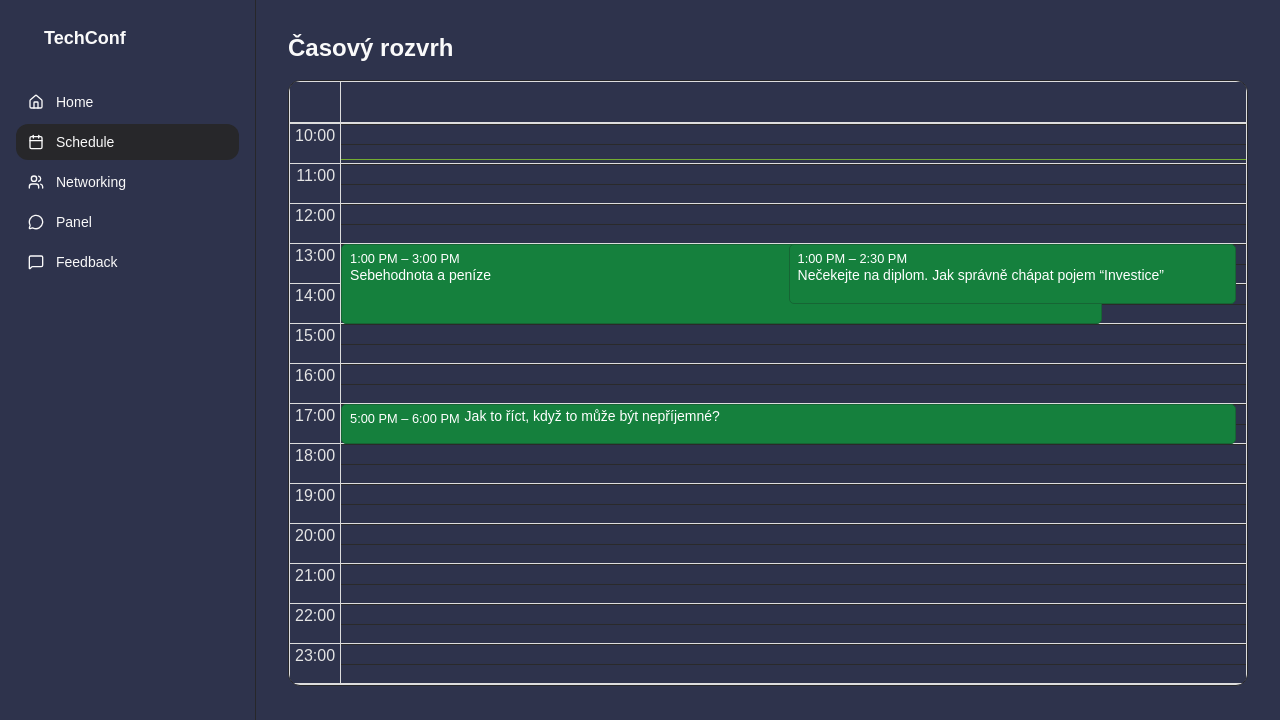
Repository: mrnavdal/symposium-2024
Page: /schedule (app in symposium24/)
An editor plug-in stored every save of this project. The page is shown before and after a run of saves, followed by the edit.
The browser window is 1280 px wide. The pictures show the whole page.
The project was rebuilt for these pictures with package versions that can differ from the ones it lists, and the page was loaded fresh each time. The framework's server and built-in components were replaced by stand-ins that run in the browser. Also part of the build but not shown: symposium24/next.config.js, symposium24/src/components/ui/dialog.tsx, symposium24/src/data/speakers.ts, symposium24/src/components/EventDialog.tsx.

Above is the page before, as saved 2024-11-08 15:37:40.

### symposium24/src/app/layout.tsx
import type { Metadata } from "next";
import localFont from "next/font/local";
import { ThemeProvider } from 'next-themes';
import { Navigation } from "@/components/Navigation";
import "./globals.css";
import '@/styles/calendar.css'

const geistSans = localFont({
  src: "./fonts/GeistVF.woff",
  variable: "--font-geist-sans",
  weight: "100 900",
});
const geistMono = localFont({
  src: "./fonts/GeistMonoVF.woff",
  variable: "--font-geist-mono",
  weight: "100 900",
});

export const metadata: Metadata = {
  title: "TechConf 2024",
  description: "Conference schedule and information",
};

export default function RootLayout({
  children,
}: Readonly<{
  children: React.ReactNode;
}>) {
  return (
    <html lang="en" suppressHydrationWarning>
      <body className={`${geistSans.variable} ${geistMono.variable} antialiased min-h-screen`}>
        <ThemeProvider
          attribute="class"
          defaultTheme="dark"
          enableSystem
          disableTransitionOnChange
        >
          <Navigation />
          <main className="pb-16 md:pb-0 md:pl-64">
            {children}
          </main>
        </ThemeProvider>
      </body>
    </html>
  );
}

### symposium24/src/app/schedule/page.tsx
import { Calendar } from '@/components/Calendar'
import { PageTransition } from '@/components/PageTransition'
import { Container } from '@/components/ui/container'
import { events } from '@/data/events'

export default function SchedulePage() {
  return (
    <PageTransition>
        <Container className="py-8">
            <div className="flex flex-col gap-4">
                <h1 className="text-2xl font-semibold text-foreground">Časový rozvrh</h1>
                <div className="h-full rounded-lg overflow-hidden border bg-card/50">
                    <Calendar events={events} />
                </div>
            </div>
        </Container>
    </PageTransition>

)
}

### symposium24/src/components/Navigation.tsx
'use client'

import { usePathname } from 'next/navigation'
import Link from 'next/link'
import { cn } from '@/lib/utils'
import {
  Home,
  Calendar,
  Users,
  MessageCircle,
  MessageSquare,
  LucideIcon
} from 'lucide-react'

interface NavItem {
  href: string
  label: string
  icon: LucideIcon
}

const navItems: NavItem[] = [
  { href: '/', label: 'Home', icon: Home },
  { href: '/schedule', label: 'Schedule', icon: Calendar },
  { href: '/networking', label: 'Networking', icon: Users },
  { href: '/discussion', label: 'Panel', icon: MessageCircle },
  { href: '/feedback', label: 'Feedback', icon: MessageSquare },
]

export function Navigation() {
  const pathname = usePathname()

  return (
    <>
      {/* Desktop Side Navigation */}
      <nav className="hidden md:flex fixed left-0 top-0 h-screen w-64 border-r bg-background p-4">
        <div className="space-y-4 w-full">
          <div className="px-3 py-2">
            <h2 className="mb-2 px-4 text-lg font-semibold">TechConf</h2>
          </div>
          <div className="space-y-1">
            {navItems.map((item) => (
              <Link
                key={item.href}
                href={item.href}
                className={cn(
                  'flex items-center gap-3 rounded-lg px-3 py-2 text-sm transition-colors',
                  pathname === item.href
                    ? 'bg-secondary text-secondary-foreground'
                    : 'hover:bg-secondary/80'
                )}
              >
                <item.icon className="h-4 w-4" />
                {item.label}
              </Link>
            ))}
          </div>
        </div>
      </nav>

      {/* Mobile Bottom Navigation */}
      <nav className="md:hidden fixed bottom-0 left-0 right-0 border-t bg-background z-50">
        <div className="flex items-center justify-around">
          {navItems.map((item) => (
            <Link
              key={item.href}
              href={item.href}
              className={cn(
                'flex flex-col items-center gap-1 p-3 text-xs',
                pathname === item.href
                  ? 'text-primary'
                  : 'text-muted-foreground'
              )}
            >
              <item.icon className="h-5 w-5" />
              <span>{item.label}</span>
            </Link>
          ))}
        </div>
      </nav>

      {/* Content Padding for Mobile Bottom Nav */}
      <div className="pb-4 md:pb-0 md:pl-64">
        {/* This div wraps the main content to provide padding */}
      </div>
    </>
  )
}

### symposium24/src/app/globals.css
@tailwind base;
@tailwind components;
@tailwind utilities;

body {
  font-family: Arial, Helvetica, sans-serif;
  margin: 0;
  padding: 0;
}

@layer base {
  :root {
    --background: 0 0% 100%;
    --foreground: 240 10% 3.9%;
    --card: 0 0% 100%;
    --card-foreground: 240 10% 3.9%;
    --popover: 0 0% 100%;
    --popover-foreground: 240 10% 3.9%;
    --primary: 240 5.9% 10%;
    --primary-foreground: 0 0% 98%;
    --secondary: 240 4.8% 95.9%;
    --secondary-foreground: 240 5.9% 10%;
    --muted: 240 4.8% 95.9%;
    --muted-foreground: 240 3.8% 46.1%;
    --accent: 240 4.8% 95.9%;
    --accent-foreground: 240 5.9% 10%;
    --destructive: 0 84.2% 60.2%;
    --destructive-foreground: 0 0% 98%;
    --leading-text: 240 25% 24%;
    --border: 240 5.9% 90%;
    --input: 240 5.9% 90%;
    --ring: 240 5.9% 10%;
    --chart-1: 12 76% 61%;
    --chart-2: 173 58% 39%;
    --chart-3: 197 37% 24%;
    --chart-4: 43 74% 66%;
    --chart-5: 27 87% 67%;
    --radius: 0.75rem;
  }
  .dark {
    --background: 230 25% 24%;
    --foreground: 0 0% 98%;
    --card: 0 0% 90%;
    --card-foreground: 230 25% 24%;;
    --popover: 240 10% 3.9%;
    --popover-foreground: 0 0% 98%;
    --primary: 352 79% 49%;
    --primary-foreground: 0 0% 98%;
    --secondary: 240 3.7% 15.9%;
    --secondary-foreground: 0 0% 98%;
    --muted: 240 3.7% 15.9%;
    --muted-foreground: 0 0% 75%;
    --accent: 352 79% 49%;
    --accent-foreground: 0 0% 98%;
    --destructive: 0 62.8% 30.6%;
    --destructive-foreground: 0 0% 98%;
    --border: 240 3.7% 15.9%;
    --input: 240 3.7% 15.9%;
    --ring: 240 4.9% 83.9%;
    --chart-1: 220 70% 50%;
    --chart-2: 160 60% 45%;
    --chart-3: 30 80% 55%;
    --chart-4: 280 65% 60%;
    --chart-5: 340 75% 55%;
    --leading-text: 230 25% 24%;
  }
}

@layer base {
  * {
    @apply border-border;
  }
  body {
    @apply bg-background text-foreground;
  }
}

.page {
  margin-top: 0;
}

### symposium24/src/styles/calendar.css
/* Dark mode styles */
.rbc-calendar-dark {
  @apply text-white;
}

.rbc-calendar-dark .rbc-header {
  @apply bg-muted/50 border-border text-muted-foreground font-medium;
}

.rbc-calendar-dark .rbc-time-view {
  @apply border-border bg-card/50 backdrop-blur-sm;
}

.rbc-calendar-dark .rbc-time-header {
  @apply bg-muted/50 border-border;
}

.rbc-calendar-dark .rbc-time-content {
  @apply border-border;
}

.rbc-calendar-dark .rbc-time-slot {
  @apply text-muted-foreground;
}

.rbc-calendar-dark .rbc-today {
  @apply bg-muted/50;
}

.rbc-calendar-dark .rbc-current-time-indicator {
  @apply bg-primary;
}

/* General styles */
.rbc-header {
  @apply py-3 font-medium text-muted-foreground border-border bg-muted/30;
}

.rbc-time-view {
  @apply border-border bg-card/50 backdrop-blur-sm;
}

.rbc-time-header {
  @apply border-border bg-muted/30;
}

.rbc-time-content {
  @apply border-border;
}

.rbc-event {
  @apply rounded-md border shadow-sm;
}

.rbc-event-content {
  @apply text-sm font-medium;
}

.rbc-today {
  @apply bg-muted/30;
}

.rbc-current-time-indicator {
  @apply bg-primary;
}

.rbc-toolbar {
  @apply mb-4;
}

.rbc-toolbar button {
  @apply rounded-md border-border bg-card hover:bg-muted/50 transition-colors;
}

.rbc-toolbar button.rbc-active {
  @apply bg-primary text-primary-foreground hover:bg-primary/90;
}

.rbc-time-slot {
  @apply text-muted-foreground;
}

### symposium24/src/components/Calendar.tsx
'use client'

import { Calendar as BigCalendar, momentLocalizer, View } from 'react-big-calendar'
import moment from 'moment'
import { CalendarEvent } from '@/types/event'
import { cn } from '@/lib/utils'
import { useTheme } from 'next-themes'
import { useMemo, useState } from 'react'
import './Calendar.css'

import 'react-big-calendar/lib/css/react-big-calendar.css'
import { EventDialog } from './EventDialog'

const localizer = momentLocalizer(moment)

const eventStyleGetter = (event: CalendarEvent) => {
  const isPast = moment(event.end).isBefore(moment())
  const isOngoing = moment().isBetween(event.start, event.end)

  const colors = {
    workshop: { bg: '#15803d', border: '#166534' },  // green-700, green-800
    lecture: { bg: '#1d4ed8', border: '#1e40af' },   // blue-700, blue-800
    networking: { bg: '#7e22ce', border: '#6b21a8' }, // purple-700, purple-800
  }[event.type] || { bg: '#3b82f6', border: '#2563eb' }  // blue-500, blue-600

  return {
    className: cn(
      'rounded-md border backdrop-blur-sm transition-colors',
      isPast && 'opacity-50 hover:opacity-70',
      isOngoing && 'ring-2 ring-yellow-400/50 shadow-lg'
    ),
    style: {
      backgroundColor: colors.bg,
      borderColor: colors.border,
      padding: '4px 8px',
    }
  }
}

interface CalendarProps {
  events: CalendarEvent[]
}
export function Calendar({ events }: CalendarProps) {
  const { theme } = useTheme()
  const [selectedEvent, setSelectedEvent] = useState<CalendarEvent | null>(null)

  const calendarProps = useMemo(() => ({
    className: cn(
      'rounded-lg',
      'bg-[#1a1a1a]',
    ),
    min: new Date(2024, 10, 8, 10, 0),
    max: new Date(2024, 10, 8, 23, 59),
    formats: {
      timeGutterFormat: (date: Date) => moment(date).format('HH:mm'),
    },
    localizer,
    events,
    defaultView: 'day' as View,
    views: ['day'] as View[],
    step: 30,
    timeslots: 2,
    eventPropGetter: eventStyleGetter,
    tooltipAccessor: (event: CalendarEvent) =>
      `${event.title}\nLocation: ${event.location}\nSpeaker: ${event.speaker}`,
    toolbar: false,
    dayPropGetter: () => ({
        style: {
            backgroundColor: theme === 'dark' ? '#2e334c' : '#2e334c',
            color: theme === 'dark' ? '#e5e5e5' : '#fff'
        }
        }),
        slotPropGetter: () => ({
        style: {
            backgroundColor: theme === 'dark' ? '#2e334c' : '#2e334c',
            borderColor: theme === 'dark' ? '#2a2a2a' : '#333',
            color: theme === 'dark' ? '#e5e5e5' : '#fff'
        }
        }),

    onSelectEvent: (event: CalendarEvent) => {
      setSelectedEvent(event)
    },
  }), [events, theme])

  return (
    <>
      <BigCalendar {...calendarProps} />
      <EventDialog
        event={selectedEvent}
        open={selectedEvent !== null}
        onOpenChange={(open) => {
          if (!open) setSelectedEvent(null)
        }}
      />
    </>
  )
}

### symposium24/src/components/PageTransition.tsx
'use client'

import { motion } from 'framer-motion'
import { fadeIn } from '@/lib/animations'

interface PageTransitionProps {
  children: React.ReactNode
  className?: string
}

export function PageTransition({ children, className }: PageTransitionProps) {
  return (
    <motion.div
      variants={fadeIn}
      initial="initial"
      animate="animate"
      exit="exit"
      className={className}
    >
      {children}
    </motion.div>
  )
}

### symposium24/src/components/ui/container.tsx
import { cn } from '@/lib/utils'

interface ContainerProps extends React.HTMLAttributes<HTMLDivElement> {}

export function Container({ className, ...props }: ContainerProps) {
  return (
    <div
      className={cn('mx-auto max-w-7xl px-4 sm:px-6 lg:px-8', className)}
      {...props}
    />
  )
}

### symposium24/src/data/events.ts
import { CalendarEvent } from '@/types/event'

export const events: CalendarEvent[] = [
  {
    id: '1',
    title: 'Nečekejte na diplom. Jak správně chápat pojem “Investice”',
    type: 'workshop',
    start: new Date(2024, 10, 8, 13, 0),
    end: new Date(2024, 10, 8, 14, 30),
    speaker: 'Martin Urban',
    location: 'Main Hall',
    description: 'Naučíte se rozpoznat investiční příležitosti, pochopíte možná rizika a objevíte také alternativní možnosti investic jako P2B platformy. Odnesete si praktické tipy, jak si už nyní zajistit finančně svobodnější budoucnost – bez složitostí, jen reálné možnosti.'
  },
  {
    id: '2',
    title: 'Sebehodnota a peníze',
    type: 'workshop',
    start: new Date(2024, 10, 8, 13, 0),
    end: new Date(2024, 10, 8, 15, 0),
    speaker: 'Sylva Žáková Talpová',
    location: 'Workshop Room A',
    description: 'Zabránila ti někdy nervozita projevit vlastní názor? Je pro tebe těžké mluvit nahlas speciálně o penězích? Popovídáme si o tom, jak zvládat vlastní nervozitu. Půjdeme do běžných situací a řekneme si, jak si říkat o peníze v případě, že podnikáš, na pohovoru nebo jak si říct o povýšení.'
  },
  {
    id: '3',
    title: 'Jak to říct, když to může být nepříjemné?',
    type: 'workshop',
    start: new Date(2024, 10, 8, 17, 0),
    end: new Date(2024, 10, 8, 18, 0),
    speaker: 'Kateřina Leiutner Genttnerová',
    location: 'Dining Hall',
    description: 'Rádi byste v práci mluvili otevřeně a konstruktivně o nepříjemných věcech? Stáli byste o to umět ustát emočně vypjatou situaci? Nenásilná komunikace nabízí principy a postupy, které vám v tom mohou pomoci. Pojďte si je vyzkoušet na vlastní kůži.'
  }
]

### symposium24/src/components/Calendar.css
.rbc-time-content {
  background-color: #2e334c ;
}
.rbc-time-header {
  background-color: #2e334c;
}
.rbc-time-gutter {
  background-color: #2e334c;
}
.rbc-event {
    background-color: #2e334c;
}
.rbc-event-label {
  color: #fff;
}

### symposium24/src/lib/animations.ts
export const fadeIn = {
  initial: { opacity: 0, y: 20 },
  animate: { opacity: 1, y: 0 },
  exit: { opacity: 0, y: 20 }
}

export const staggerContainer = {
  animate: {
    transition: {
      staggerChildren: 0.1
    }
  }
}

export const slideIn = {
  initial: { x: -20, opacity: 0 },
  animate: { x: 0, opacity: 1 },
  exit: { x: 20, opacity: 0 }
}

export const scaleIn = {
  initial: { scale: 0.9, opacity: 0 },
  animate: { scale: 1, opacity: 1 },
  exit: { scale: 0.9, opacity: 0 }
}

### symposium24/tailwind.config.ts
import type { Config } from "tailwindcss";

export default {
    darkMode: ["class"],
    content: [
    "./src/pages/**/*.{js,ts,jsx,tsx,mdx}",
    "./src/components/**/*.{js,ts,jsx,tsx,mdx}",
    "./src/app/**/*.{js,ts,jsx,tsx,mdx}",
  ],
  theme: {
  	extend: {
  		colors: {
  			background: 'hsl(var(--background))',
  			foreground: 'hsl(var(--foreground))',
  			card: {
  				DEFAULT: 'hsl(var(--card))',
  				foreground: 'hsl(var(--card-foreground))'
  			},
  			popover: {
  				DEFAULT: 'hsl(var(--popover))',
  				foreground: 'hsl(var(--popover-foreground))'
  			},
  			primary: {
  				DEFAULT: 'hsl(var(--primary))',
  				foreground: 'hsl(var(--primary-foreground))'
  			},
  			secondary: {
  				DEFAULT: 'hsl(var(--secondary))',
  				foreground: 'hsl(var(--secondary-foreground))'
  			},
  			muted: {
  				DEFAULT: 'hsl(var(--muted))',
  				foreground: 'hsl(var(--muted-foreground))'
  			},
  			accent: {
  				DEFAULT: 'hsl(var(--accent))',
  				foreground: 'hsl(var(--accent-foreground))'
  			},
  			destructive: {
  				DEFAULT: 'hsl(var(--destructive))',
  				foreground: 'hsl(var(--destructive-foreground))'
  			},
  			border: 'hsl(var(--border))',
  			input: 'hsl(var(--input))',
  			ring: 'hsl(var(--ring))',
  			chart: {
  				'1': 'hsl(var(--chart-1))',
  				'2': 'hsl(var(--chart-2))',
  				'3': 'hsl(var(--chart-3))',
  				'4': 'hsl(var(--chart-4))',
  				'5': 'hsl(var(--chart-5))'
  			},
  			green: {
  				500: '#22c55e', // Zelená
  				600: '#16a34a', // Tmavší zelená
  			},
  			yellow: {
  				500: '#facc15', // Žlutá
  				600: '#eab308', // Tmavší žlutá
  			},
  			red: {
  				500: '#ef4444', // Červená
  				600: '#dc2626', // Tmavší červená
  			},
  		},
  		borderRadius: {
  			lg: 'var(--radius)',
  			md: 'calc(var(--radius) - 2px)',
  			sm: 'calc(var(--radius) - 4px)'
  		}
  	}
  },
  plugins: [
    require("tailwindcss-animate"),
    require('@tailwindcss/typography'),
  ],
} satisfies Config;

Loaded but not shown: symposium24/src/lib/utils.ts (common file)

After the next 2 saves:
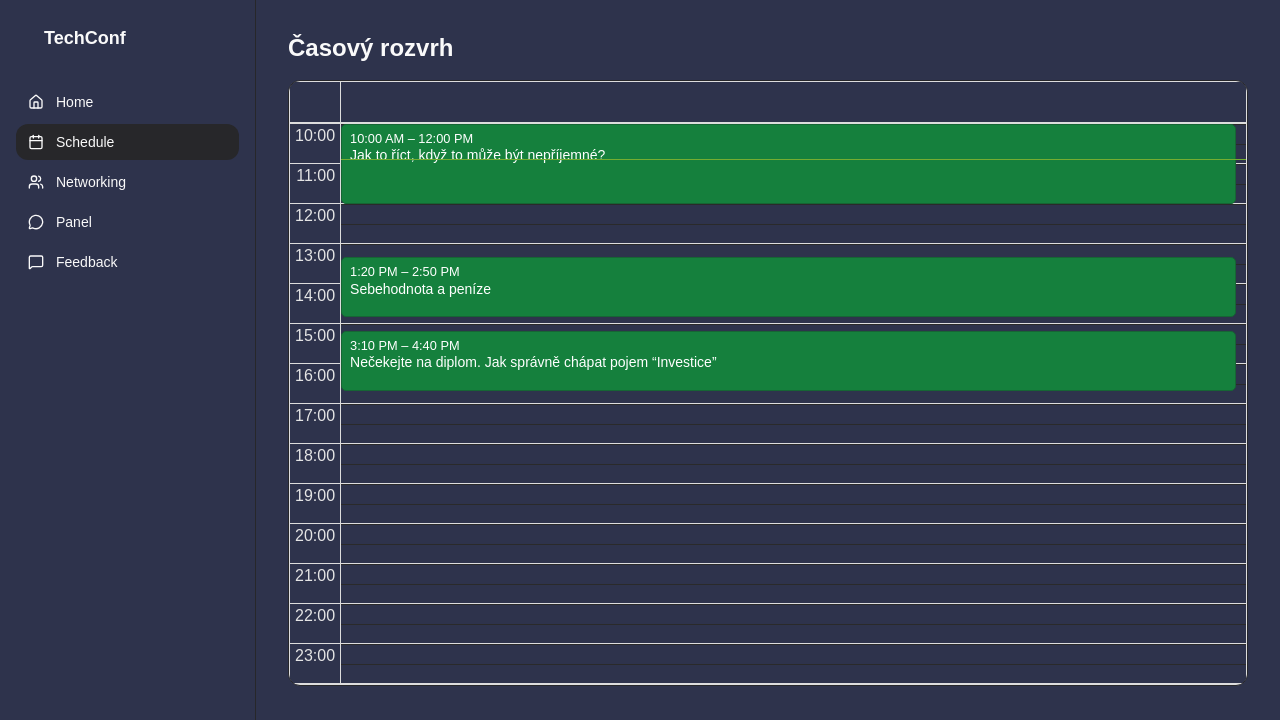
The 2 saves are shown as one change because 1 did not build or start.
The last was saved 77 s later.
--- a/symposium24/src/data/events.ts
+++ b/symposium24/src/data/events.ts
@@ -5,8 +5,8 @@ export const events: CalendarEvent[] = [
     id: '1',
     title: 'Nečekejte na diplom. Jak správně chápat pojem “Investice”',
     type: 'workshop',
-    start: new Date(2024, 10, 8, 13, 0),
-    end: new Date(2024, 10, 8, 14, 30),
+    start: new Date(2024, 10, 8, 15, 10),
+    end: new Date(2024, 10, 8, 16, 40),
     speaker: 'Martin Urban',
     location: 'Main Hall',
     description: 'Naučíte se rozpoznat investiční příležitosti, pochopíte možná rizika a objevíte také alternativní možnosti investic jako P2B platformy. Odnesete si praktické tipy, jak si už nyní zajistit finančně svobodnější budoucnost – bez složitostí, jen reálné možnosti.'
@@ -15,8 +15,8 @@ export const events: CalendarEvent[] = [
     id: '2',
     title: 'Sebehodnota a peníze',
     type: 'workshop',
-    start: new Date(2024, 10, 8, 13, 0),
-    end: new Date(2024, 10, 8, 15, 0),
+    start: new Date(2024, 10, 8, 13, 20),
+    end: new Date(2024, 10, 8, 14, 50),
     speaker: 'Sylva Žáková Talpová',
     location: 'Workshop Room A',
     description: 'Zabránila ti někdy nervozita projevit vlastní názor? Je pro tebe těžké mluvit nahlas speciálně o penězích? Popovídáme si o tom, jak zvládat vlastní nervozitu. Půjdeme do běžných situací a řekneme si, jak si říkat o peníze v případě, že podnikáš, na pohovoru nebo jak si říct o povýšení.'
@@ -25,8 +25,8 @@ export const events: CalendarEvent[] = [
     id: '3',
     title: 'Jak to říct, když to může být nepříjemné?',
     type: 'workshop',
-    start: new Date(2024, 10, 8, 17, 0),
-    end: new Date(2024, 10, 8, 18, 0),
+    start: new Date(2024, 10, 8, 10, 0),
+    end: new Date(2024, 10, 8, 12, 0),
     speaker: 'Kateřina Leiutner Genttnerová',
     location: 'Dining Hall',
     description: 'Rádi byste v práci mluvili otevřeně a konstruktivně o nepříjemných věcech? Stáli byste o to umět ustát emočně vypjatou situaci? Nenásilná komunikace nabízí principy a postupy, které vám v tom mohou pomoci. Pojďte si je vyzkoušet na vlastní kůži.'
